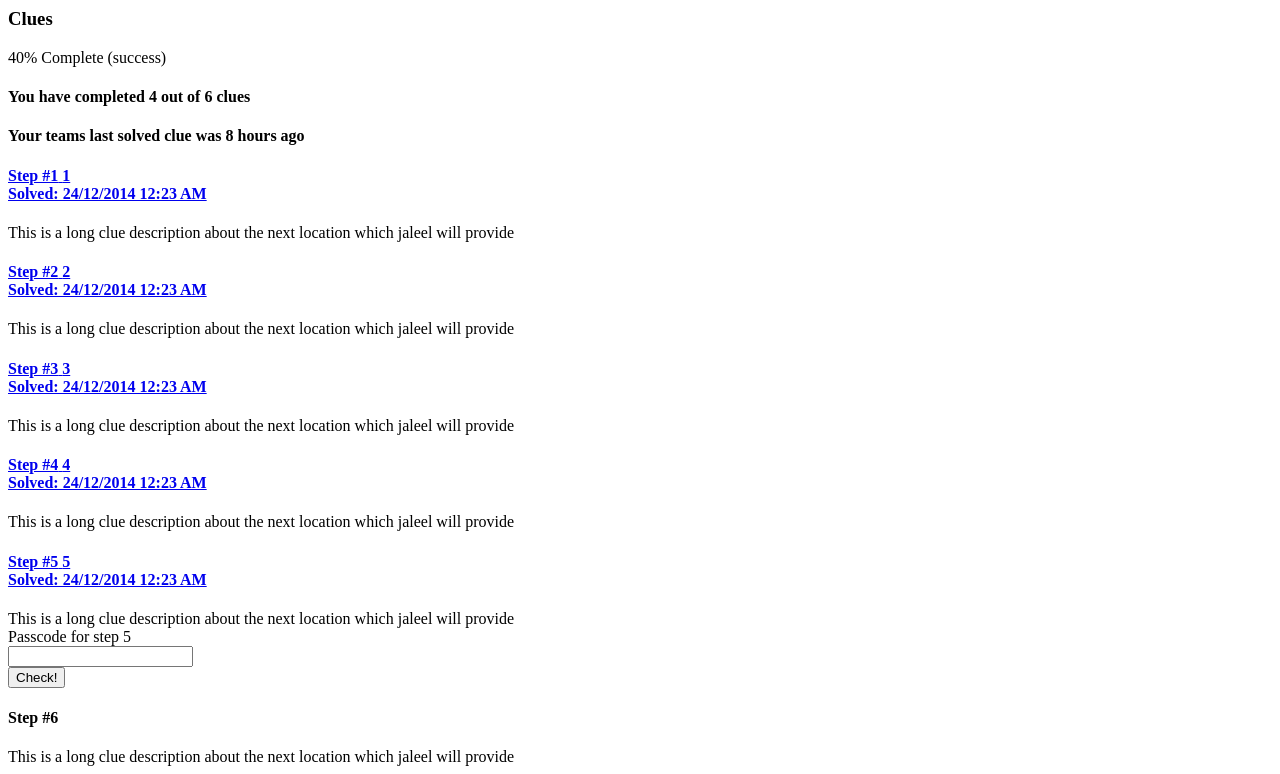
Repository: rahulravindran2709/TreasureHunt
Page: public/partials/clues-content.tmpl.html
The author's editor kept a record of every edit. The page is drawn from the files as they stood at one moment, then again after the next edit.
The browser window is 1280 px wide. The pictures show the whole page.

Above is the page before.

### public/partials/clues-content.tmpl.html
<!--Clues section-->
<div id="clues-content" class="col-xs-12 col-sm-12 col-md-12 col-lg-12">
    <div class="panel panel-warning">
        <div class="panel-heading orange-bg">
            <h3 class="panel-title">Clues</h3> </div>
        <div class="panel-body">
            <div class="row">
                <div class="col-xs-12 col-sm-12 col-md-12 col-lg-12 clues-progress">
                    <div class="progress">
                        <div class="progress-bar progress-bar-success" role="progressbar" aria-valuenow="60" aria-valuemin="0" aria-valuemax="100" style="width: 60%"> <span class="sr-only">40% Complete (success)</span> </div>
                    </div>
                    <h4>You have completed <span class="current-clues">4</span> out of <span class="total-clues">6</span> clues</h4>
                    <h4>Your teams last solved clue was <span class="last-clue-solved-ts">8 hours</span> ago</h4> </div>
            </div>
            <div class="row">
                <div class="col-lg-12 panel-group" id="accordion" role="tablist" aria-multiselectable="true">
                    <div class="panel panel-success">
                        <a data-toggle="collapse" data-parent="#accordion" href="#collapseOne" aria-expanded="true" aria-controls="collapseOne"><div class="panel-heading" role="tab" id="headingOne">
                            <h4 class="panel-title">
                            <div class="row">
                                 <div class="col-xs-1 col-sm-4 col-md-4 col-lg-3">
                                    <span class="hidden-xs">Step #1</span>
                                    <span class="visible-xs-inline">1</span>
                                 </div>
                                 <div class="col-xs-10 col-sm-8 col-md-8 col-lg-offset-4 col-lg-5">
                                   <span class="header-solved-date">Solved: 24/12/2014 12:23 AM</span>
                               </div>
                             </div>
                            </h4>
                             </div>
                         </a>
                        <div id="collapseOne" class="panel-collapse collapse" role="tabpanel" aria-labelledby="headingOne">
                            <div class="panel-body"> This is a long clue description about the next location which jaleel will provide </div>
                        </div>
                    </div>
                    <div class="panel panel-success">
                        <a class="collapsed" data-toggle="collapse" data-parent="#accordion" href="#collapseTwo" aria-expanded="false" aria-controls="collapseTwo">
                            <div class="panel-heading" role="tab" id="headingTwo">
                            <h4 class="panel-title">
                                <div class="row">
                                 <div class="col-xs-1 col-sm-4 col-md-4 col-lg-3">
                                    <span class="hidden-xs">Step #2</span>
                                    <span class="visible-xs-inline">2</span>
                                 </div>
                                 <div class="col-xs-10 col-sm-8 col-md-8 col-lg-offset-4 col-lg-5">
                                   <span class="header-solved-date">Solved: 24/12/2014 12:23 AM</span>
                               </div>
                             </div>
                            </h4>
                       </div></a>
                        <div id="collapseTwo" class="panel-collapse collapse" role="tabpanel" aria-labelledby="headingTwo">
                            <div class="panel-body"> This is a long clue description about the next location which jaleel will provide </div>
                        </div>
                    </div>
                    <div class="panel panel-success">
                        <div class="panel-heading" role="tab" id="headingThree">
                            <a class="collapsed" data-toggle="collapse" data-parent="#accordion" href="#collapseThree" aria-expanded="false" aria-controls="collapseTwo">
                                <h4 class="panel-title">
                                   <div class="row">
                                 <div class="col-xs-1 col-sm-4 col-md-4 col-lg-3">
                                    <span class="hidden-xs">Step #3</span>
                                    <span class="visible-xs-inline">3</span>
                                 </div>
                                 <div class="col-xs-10 col-sm-8 col-md-8 col-lg-offset-4 col-lg-5">
                                   <span class="header-solved-date">Solved: 24/12/2014 12:23 AM</span>
                               </div>
                             </div>
                                </h4>
                            </a>
                        </div>

                        <div id="collapseThree" class="panel-collapse collapse" role="tabpanel" aria-labelledby="headingThree">
                            <div class="panel-body"> This is a long clue description about the next location which jaleel will provide </div>
                        </div>
                    </div>
                    <div class="panel panel-success">
                        <div class="panel-heading" role="tab" id="headingFour">
                            <a class="collapsed" data-toggle="collapse" data-parent="#accordion" href="#collapseFour" aria-expanded="false" aria-controls="collapseTwo">
                                <h4 class="panel-title">
                                    <div class="row">
                                 <div class="col-xs-1 col-sm-4 col-md-4 col-lg-3">
                                    <span class="hidden-xs">Step #4</span>
                                    <span class="visible-xs-inline">4</span>
                                 </div>
                                 <div class="col-xs-10 col-sm-8 col-md-8 col-lg-offset-4 col-lg-5">
                                   <span class="header-solved-date">Solved: 24/12/2014 12:23 AM</span>
                               </div>
                             </div>
                                </h4>
                            </a>
                        </div>
                        <div id="collapseFour" class="panel-collapse collapse" role="tabpanel" aria-labelledby="headingFour">
                            <div class="panel-body"> This is a long clue description about the next location which jaleel will provide </div>
                        </div>
                    </div>
                    <div class="panel panel-primary">
                        <div class="panel-heading" role="tab" id="headingFive">
                           <a class="collapsed" data-toggle="collapse" data-parent="#accordion" href="#collapseFive" aria-expanded="false" aria-controls="collapseThree">
                            <h4 class="panel-title">
                                    <div class="row">
                                 <div class="col-xs-1 col-sm-4 col-md-4 col-lg-3">
                                    <span class="hidden-xs">Step #5</span>
                                    <span class="visible-xs-inline">5</span>
                                 </div>
                                 <div class="hidden col-xs-10 col-sm-8 col-md-8 col-lg-offset-4 col-lg-5">
                                   <span class="header-solved-date">Solved: 24/12/2014 12:23 AM</span>
                               </div>
                             </div>
                                </h4>
                        </a> </div>
                        <div id="collapseFive" class="panel-collapse collapse in" role="tabpanel" aria-labelledby="headingThree">
                            <div class="panel-body"> This is a long clue description about the next location which jaleel will provide
                                <form class="form form-inline">
                                    <div class="form-group">
                                        <div class="col-xs-12 col-sm-5 col-md-5 col-lg-4">
                                            <label id="labelpassCodeStep4" for="passCodeStep4">Passcode for step 5</label>
                                        </div>
                                    <div class="col-xs-12 col-sm-5 col-md-5 col-lg-4 marbot10">
                                        <input type="text" class="form-control" id="passCodeStep4" placeholder="" />
                                    </div>
                                    <div class="col-xs-12 col-sm-2 col-md-2 col-lg-3">
                                        <button class="btn btn-primary btn-block">Check!</button>
                                    </div>
                                  </div>
                              </form>
                            </div>
                        </div>
                    </div>
                    <div class="panel panel-danger">
                        <div class="panel-heading" role="tab" id="headingSix">
                            <h4 class="panel-title"> <a class="collapsed" data-toggle="collapse" data-parent="#accordion" aria-expanded="false" aria-controls="collapseThree"> Step #6 </a> </h4> </div>
                        <div id="collapseSix" class="panel-collapse collapse" role="tabpanel" aria-labelledby="headingThree">
                            <div class="panel-body"> This is a long clue description about the next location which jaleel will provide </div>
                        </div>
                    </div>
                </div>
            </div>
        </div>
    </div>
</div>
<!--Clues section end-->

After the next edit:
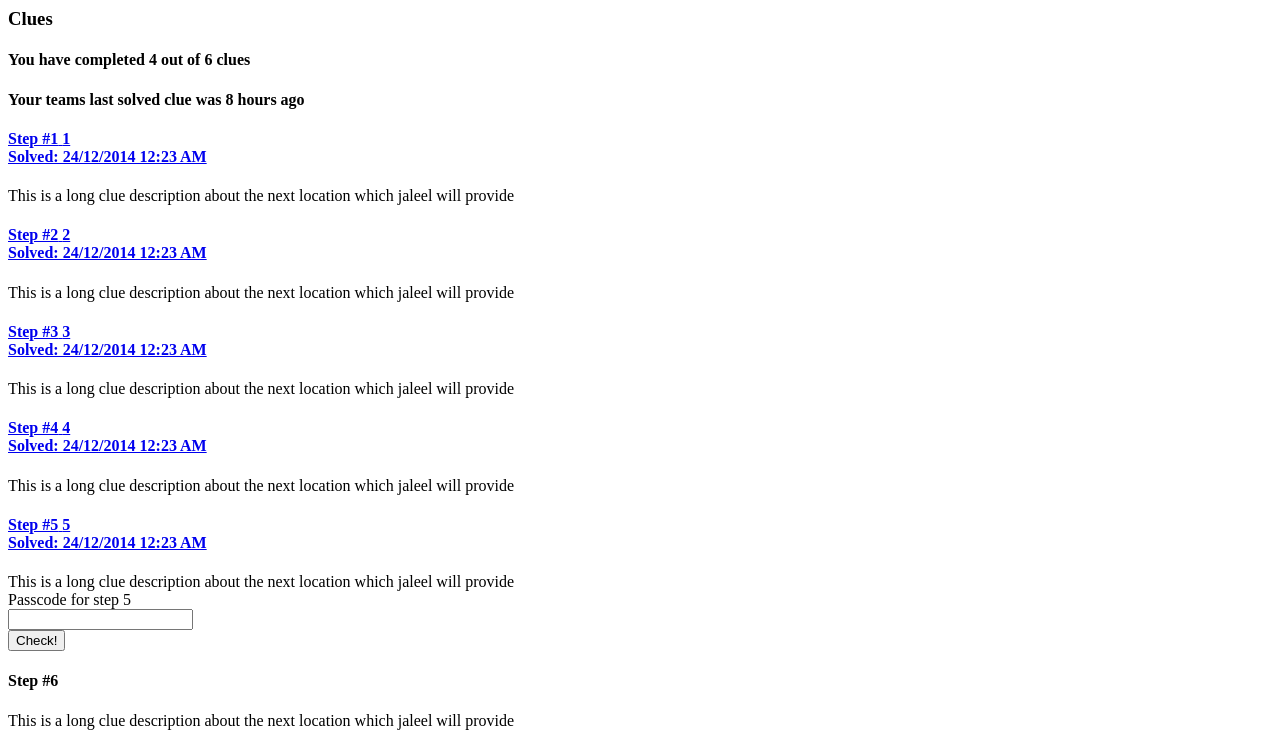
The edit:
--- a/public/partials/clues-content.tmpl.html
+++ b/public/partials/clues-content.tmpl.html
@@ -6,9 +6,7 @@
         <div class="panel-body">
             <div class="row">
                 <div class="col-xs-12 col-sm-12 col-md-12 col-lg-12 clues-progress">
-                    <div class="progress">
-                        <div class="progress-bar progress-bar-success" role="progressbar" aria-valuenow="60" aria-valuemin="0" aria-valuemax="100" style="width: 60%"> <span class="sr-only">40% Complete (success)</span> </div>
-                    </div>
+
                     <h4>You have completed <span class="current-clues">4</span> out of <span class="total-clues">6</span> clues</h4>
                     <h4>Your teams last solved clue was <span class="last-clue-solved-ts">8 hours</span> ago</h4> </div>
             </div>
